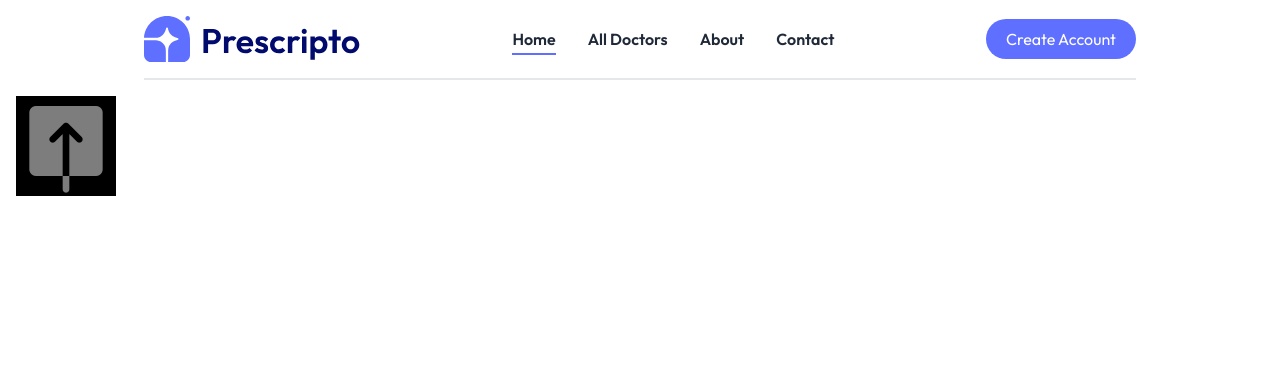
Repository: AzizHamdi99/Prescripto
Page: /profil (app in frontend/)
The author's editor kept a copy of each file at every save. The page is drawn from the files as they stood at one save, then again after the next save.
The browser window is 1280 px wide. The pictures show the whole page.
The page's requests for data from a server got no answer. The project was rebuilt for these pictures with package versions that can differ from the ones it lists, and the page was loaded fresh each time. No one was signed in, and anything a server would have sent is missing. Also part of the build but not shown: frontend/vite.config.js, frontend/src/components/Hero.jsx, frontend/src/components/Speciality.jsx, frontend/src/components/DoctorCard.jsx, frontend/src/components/TopDoctors.jsx, frontend/src/components/Banner.jsx, frontend/src/components/Footer.jsx, frontend/src/pages/Home.jsx and 7 more.

Above is the page before, as saved 2025-01-15 18:19:07.

### frontend/index.html
<!DOCTYPE html>
<html lang="en">
  <head>
    <meta charset="UTF-8" />
    <link rel="icon" type="image/svg+xml" href="/vite.svg" />
    <meta name="viewport" content="width=device-width, initial-scale=1.0" />
    <title>Prescripto</title>
  </head>
  <body>
    <div id="root"></div>
    <script type="module" src="/src/main.jsx"></script>
  </body>
</html>

### frontend/src/main.jsx
import { StrictMode } from "react";
import { createRoot } from "react-dom/client";
import App from "./App.jsx";
import "./index.css";
import { BrowserRouter } from "react-router-dom";
import AppContextProvider from "./context/AppContext.jsx";

createRoot(document.getElementById("root")).render(

  <BrowserRouter>
  <AppContextProvider>
    <App />
    </AppContextProvider>
  </BrowserRouter>
);

### frontend/src/App.jsx
import React from "react";
import { Route, Routes } from "react-router-dom";
import Home from "./pages/Home";
import About from "./pages/About";
import Doctors from "./pages/Doctors";
import Login from "./pages/Login";
import Contact from "./pages/Contact";
import Profile from "./pages/Profile";
import Appointments from "./pages/Appointments";
import Appointment from "./pages/Appointment";
import Navbar from "./components/Navbar";
import './App.css'
import Footer from "./components/Footer";
import Test from "./pages/Test";
import Testtime from "./pages/Testtime";
function App() {
  return (
    <div className="mx-4">
      <Navbar />
      <Routes>
        <Route path="/" element={<Home />} />
        <Route path="/about" element={<About />} />
        <Route path="/doctors" element={<Doctors />} />
        <Route path="/doctors/:speciality" element={<Doctors />} />
        <Route path="/login" element={<Login />} />
        <Route path="/contact" element={<Contact />} />
        <Route path="/profil" element={<Profile />} />
        <Route path="/appointments" element={<Appointments />} />
        <Route path="/appointment/:id" element={<Appointment />} />
        <Route path="/appointment/:id" element={<Appointment />} />
        <Route path="/test" element={<Test/>}/>
        <Route path="/testt" element={<Testtime/>}/>
      </Routes>


    </div>
  );
}

export default App;

### frontend/src/context/AppContext.jsx
import { createContext, useContext,useState,useEffect } from "react";
//import { doctors } from "../assets/assets_frontend/assets";
import axios from'axios'
export const AppContext=createContext(null)
const AppContextProvider=(props)=>{
    const [select, setselect] = useState("home");
    const [Speciality,SetSpeciality]=useState("All doctors");

    const [show,setShow]=useState(8);
    const [doctors,setdoctors]=useState([])
    const [token,setToken]=useState(false);
    const [login,setlogin]=useState(false);

    useEffect(()=>{
        const fetchData=async()=>{
            try{
                const response= await axios.get('http://localhost:3000/api/doctors/getAllDoctors')
                console.log(response.data)
                setdoctors(response.data);

            }catch(error){
                console.error('eroorr fetching daata',error)
            }


        }
        const loadUser=async()=>{
            if(localStorage.getItem("token")){
                setToken(localStorage.getItem("token"))
            }
        }
        fetchData()
        loadUser()
     },[])
    const value={
        doctors,setdoctors,
        select,setselect,Speciality,SetSpeciality,show,setShow,token,setToken,login,setlogin

    }


    return(
        <AppContext.Provider value={value}>
            {props.children}

        </AppContext.Provider>
    )
}
export default AppContextProvider

### frontend/src/pages/Profile.jsx
import axios from "axios";
import React, { useEffect,useState } from "react";
import { assets } from "../assets/assets_frontend/assets";

function Profile() {
  const [user, setUser] = useState({});
  const [loading, setLoading] = useState(true);
  const [error, setError] = useState(null);

  useEffect(()=>{
    const fetchUserProfile=async()=>{
      const token=localStorage.getItem("token")
      if(!token){
        setError('No token found. Please log in..!')
        setLoading(false)
        return

      }
      try{
        const respnse=await axios.get('http://localhost:3000/api/user/profile',
        {
          headers:{
          Authorization:`Bearer ${token}`

        }})
        //console.log(respnse)
        setUser(respnse.data.data)
        setLoading(false)

      }
      catch(error){
        console.error('Error fetching user data',error)
        setError("Failed fetching user data")
        setLoading(false)

      }


    }
    fetchUserProfile()


  },[])
  console.log(user)


  return(
    <div>
      <img src={assets.upload_icon} className="bg-black" alt="" />



    </div>
  )

}

export default Profile;

### frontend/src/components/Navbar.jsx
import React, { useContext, useState } from "react";
import "../index.css";
import { assets } from "../assets/assets_frontend/assets";
import { Link, NavLink, useNavigate } from "react-router-dom";
import { AppContext } from "../context/AppContext";
function Navbar() {
  //const [select, setselect] = useState("home");
  const{select,setselect,token,setToken}=useContext(AppContext)

  const navigate=useNavigate();
 const[login,setlogin]=useState(false)
  const image=()=>{
    navigate('/');
    setselect("home");

  }
  const logout=()=>{
    localStorage.removeItem("token");
    setToken("")
    navigate('/')
  }



  return (
    <div className="mx-32 flex my-4 items-center justify-between border-b-2 pb-4">
      <img onClick={image} src={assets.logo} alt="" className="cursor-pointer"  />
      <div className="grid gap-8 grid-flow-col text-l text-[#1F2937] font-semibold">
        <Link to="/"><span className={ select === "home" ? "border-b-2 border-[#5F6FFF] pb-1" : ""} onClick={()=>setselect("home")}>Home</span></Link>
       <Link to="/doctors"> <span  onClick={()=>setselect("doctors")} className={ select === "doctors" ? "border-b-2 border-[#5F6FFF] pb-2" : ""} >All Doctors</span></Link>
        <Link to="/about"><span  className={ select === "about" ? "border-b-2 border-[#5F6FFF] pb-1" : ""} onClick={()=>setselect("about")}>About</span></Link>
        <Link to="/contact"><span  className={ select === "contact" ? "border-b-2 border-[#5F6FFF] pb-1" : ""} onClick={()=>setselect("contact")}>Contact</span></Link>
      </div>
      {token? <div className="grid grid-flow-col gap-2 items-center group-relative ">
        <img src={assets.profile_pic} className="w-10 rounded-[50%] cursor-pointer" alt=""  onClick={()=>setlogin(!login)}/>
        <img src={assets.dropdown_icon} alt=""  />
          {login? <div className="absolute top-20 right-32 text-base font-medium p-4 text-gray-600 z-20 bg-[#F8F8F8] shadow-md">
          <div className="text-[18px] font-normal textt-[#4B5563] ">
            <p className="cursor-pointer" onClick={()=>navigate("/profil")}>My profil</p>
            <p className="cursor-pointer" onClick={()=>navigate("/appointments")}>My Appointments</p>
            <p onClick={()=>logout()} className="cursor-pointer">Logout</p>
          </div>

        </div> :<></> }


      </div>:
      <button onClick={()=>navigate('/login')}  className="px-5 py-2 bg-[#5F6FFF] rounded-3xl text-white">Create Account</button>}
    </div>
  );
}

export default Navbar;

### frontend/src/App.css
@import url('https://fonts.googleapis.com/css2?family=Outfit:wght@100..900&display=swap');
*{
    font-family: "Outfit", sans-serif;
}
.footer{
    display: flex;

    justify-content: space-between;



}
li{
    margin-top: 9px;
}

### frontend/src/pages/Testtime.jsx
import React, { useState, useEffect } from 'react';

const DaySelector = () => {

  return (
    hhhh
  );
};

export default DaySelector;

### frontend/src/assets/assets_frontend/assets.js
import appointment_img from './appointment_img.png'
import header_img from './header_img.png'
import group_profiles from './group_profiles.png'
import profile_pic from './profile_pic.png'
import contact_image from './contact_image.png'
import about_image from './about_image.png'
import logo from './logo.svg'
import dropdown_icon from './dropdown_icon.svg'
import dropup_icon from './arrow-drop-up.svg'
import menu_icon from './menu_icon.svg'
import cross_icon from './cross_icon.png'
import chats_icon from './chats_icon.svg'
import verified_icon from './verified_icon.svg'
import arrow_icon from './arrow_icon.svg'
import info_icon from './info_icon.svg'
import upload_icon from './upload_icon.png'
import stripe_logo from './stripe_logo.png'
import razorpay_logo from './razorpay_logo.png'
import doc1 from './doc1.png'
import doc2 from './doc2.png'
import doc3 from './doc3.png'
import doc4 from './doc4.png'
import doc5 from './doc5.png'
import doc6 from './doc6.png'
import doc7 from './doc7.png'
import doc8 from './doc8.png'
import doc9 from './doc9.png'
import doc10 from './doc10.png'
import doc11 from './doc11.png'
import doc12 from './doc12.png'
import doc13 from './doc13.png'
import doc14 from './doc14.png'
import doc15 from './doc15.png'
import Dermatologist from './Dermatologist.svg'
import Gastroenterologist from './Gastroenterologist.svg'
import General_physician from './General_physician.svg'
import Gynecologist from './Gynecologist.svg'
import Neurologist from './Neurologist.svg'
import Pediatricians from './Pediatricians.svg'


export const assets = {
    appointment_img,
    header_img,
    group_profiles,
    logo,
    chats_icon,
    verified_icon,
    info_icon,
    profile_pic,
    arrow_icon,
    contact_image,
    about_image,
    menu_icon,
    cross_icon,
    dropdown_icon,
    upload_icon,
    stripe_logo,
    razorpay_logo,
    dropup_icon
}

export const specialityData = [
    {
        speciality: 'General physician',
        image: General_physician
    },
    {
        speciality: 'Gynecologist',
        image: Gynecologist
    },
    {
        speciality: 'Dermatologist',
        image: Dermatologist
    },
    {
        speciality: 'Pediatricians',
        image: Pediatricians
    },
    {
        speciality: 'Neurologist',
        image: Neurologist
    },
    {
        speciality: 'Gastroenterologist',
        image: Gastroenterologist
    },
]

export const doctors = [
    {
        _id: 'doc1',
        name: 'Dr. Richard James',
        image: doc1,
        speciality: 'General physician',
        degree: 'MBBS',
        experience: '4 Years',
        about: 'Dr. Davis has a strong commitment to delivering comprehensive medical care, focusing on preventive medicine, early diagnosis, and effective treatment strategies. Dr. Davis has a strong commitment to delivering comprehensive medical care, focusing on preventive medicine, early diagnosis, and effective treatment strategies.',
        fees: 50,
        address: {
            line1: '17th Cross, Richmond',
            line2: 'Circle, Ring Road, London'
        }
    },
    {
        _id: 'doc2',
        name: 'Dr. Emily Larson',
        image: doc2,
        speciality: 'Gynecologist',
        degree: 'MBBS',
        experience: '3 Years',
        about: 'Dr. Davis has a strong commitment to delivering comprehensive medical care, focusing on preventive medicine, early diagnosis, and effective treatment strategies. Dr. Davis has a strong commitment to delivering comprehensive medical care, focusing on preventive medicine, early diagnosis, and effective treatment strategies.',
        fees: 60,
        address: {
            line1: '27th Cross, Richmond',
            line2: 'Circle, Ring Road, London'
        }
    },
    {
        _id: 'doc3',
        name: 'Dr. Sarah Patel',
        image: doc3,
        speciality: 'Dermatologist',
        degree: 'MBBS',
        experience: '1 Years',
        about: 'Dr. Davis has a strong commitment to delivering comprehensive medical care, focusing on preventive medicine, early diagnosis, and effective treatment strategies. Dr. Davis has a strong commitment to delivering comprehensive medical care, focusing on preventive medicine, early diagnosis, and effective treatment strategies.',
        fees: 30,
        address: {
            line1: '37th Cross, Richmond',
            line2: 'Circle, Ring Road, London'
        }
    },
    {
        _id: 'doc4',
        name: 'Dr. Christopher Lee',
        image: doc4,
        speciality: 'Pediatricians',
        degree: 'MBBS',
        experience: '2 Years',
        about: 'Dr. Davis has a strong commitment to delivering comprehensive medical care, focusing on preventive medicine, early diagnosis, and effective treatment strategies. Dr. Davis has a strong commitment to delivering comprehensive medical care, focusing on preventive medicine, early diagnosis, and effective treatment strategies.',
        fees: 40,
        address: {
            line1: '47th Cross, Richmond',
            line2: 'Circle, Ring Road, London'
        }
    },
    {
        _id: 'doc5',
        name: 'Dr. Jennifer Garcia',
        image: doc5,
        speciality: 'Neurologist',
        degree: 'MBBS',
        experience: '4 Years',
        about: 'Dr. Davis has a strong commitment to delivering comprehensive medical care, focusing on preventive medicine, early diagnosis, and effective treatment strategies. Dr. Davis has a strong commitment to delivering comprehensive medical care, focusing on preventive medicine, early diagnosis, and effective treatment strategies.',
        fees: 50,
        address: {
            line1: '57th Cross, Richmond',
            line2: 'Circle, Ring Road, London'
        }
    },
    {
        _id: 'doc6',
        name: 'Dr. Andrew Williams',
        image: doc6,
        speciality: 'Neurologist',
        degree: 'MBBS',
        experience: '4 Years',
        about: 'Dr. Davis has a strong commitment to delivering comprehensive medical care, focusing on preventive medicine, early diagnosis, and effective treatment strategies. Dr. Davis has a strong commitment to delivering comprehensive medical care, focusing on preventive medicine, early diagnosis, and effective treatment strategies.',
        fees: 50,
        address: {
            line1: '57th Cross, Richmond',
            line2: 'Circle, Ring Road, London'
        }
    },
    {
        _id: 'doc7',
        name: 'Dr. Christopher Davis',
        image: doc7,
        speciality: 'General physician',
        degree: 'MBBS',
        experience: '4 Years',
        about: 'Dr. Davis has a strong commitment to delivering comprehensive medical care, focusing on preventive medicine, early diagnosis, and effective treatment strategies. Dr. Davis has a strong commitment to delivering comprehensive medical care, focusing on preventive medicine, early diagnosis, and effective treatment strategies.',
        fees: 50,
        address: {
            line1: '17th Cross, Richmond',
            line2: 'Circle, Ring Road, London'
        }
    },
    {
        _id: 'doc8',
        name: 'Dr. Timothy White',
        image: doc8,
        speciality: 'Gynecologist',
        degree: 'MBBS',
        experience: '3 Years',
        about: 'Dr. Davis has a strong commitment to delivering comprehensive medical care, focusing on preventive medicine, early diagnosis, and effective treatment strategies. Dr. Davis has a strong commitment to delivering comprehensive medical care, focusing on preventive medicine, early diagnosis, and effective treatment strategies.',
        fees: 60,
        address: {
            line1: '27th Cross, Richmond',
            line2: 'Circle, Ring Road, London'
        }
    },
    {
        _id: 'doc9',
        name: 'Dr. Ava Mitchell',
        image: doc9,
        speciality: 'Dermatologist',
        degree: 'MBBS',
        experience: '1 Years',
        about: 'Dr. Davis has a strong commitment to delivering comprehensive medical care, focusing on preventive medicine, early diagnosis, and effective treatment strategies. Dr. Davis has a strong commitment to delivering comprehensive medical care, focusing on preventive medicine, early diagnosis, and effective treatment strategies.',
        fees: 30,
        address: {
            line1: '37th Cross, Richmond',
            line2: 'Circle, Ring Road, London'
        }
    },
    {
        _id: 'doc10',
        name: 'Dr. Jeffrey King',
        image: doc10,
        speciality: 'Pediatricians',
        degree: 'MBBS',
        experience: '2 Years',
        about: 'Dr. Davis has a strong commitment to delivering comprehensive medical care, focusing on preventive medicine, early diagnosis, and effective treatment strategies. Dr. Davis has a strong commitment to delivering comprehensive medical care, focusing on preventive medicine, early diagnosis, and effective treatment strategies.',
        fees: 40,
        address: {
            line1: '47th Cross, Richmond',
            line2: 'Circle, Ring Road, London'
        }
    },
    {
        _id: 'doc11',
        name: 'Dr. Zoe Kelly',
        image: doc11,
        speciality: 'Neurologist',
        degree: 'MBBS',
        experience: '4 Years',
        about: 'Dr. Davis has a strong commitment to delivering comprehensive medical care, focusing on preventive medicine, early diagnosis, and effective treatment strategies. Dr. Davis has a strong commitment to delivering comprehensive medical care, focusing on preventive medicine, early diagnosis, and effective treatment strategies.',
        fees: 50,
        address: {
            line1: '57th Cross, Richmond',
            line2: 'Circle, Ring Road, London'
        }
    },
    {
        _id: 'doc12',
        name: 'Dr. Patrick Harris',
        image: doc12,
        speciality: 'Neurologist',
        degree: 'MBBS',
        experience: '4 Years',
        about: 'Dr. Davis has a strong commitment to delivering comprehensive medical care, focusing on preventive medicine, early diagnosis, and effective treatment strategies. Dr. Davis has a strong commitment to delivering comprehensive medical care, focusing on preventive medicine, early diagnosis, and effective treatment strategies.',
        fees: 50,
        address: {
            line1: '57th Cross, Richmond',
            line2: 'Circle, Ring Road, London'
        }
    },
    {
        _id: 'doc13',
        name: 'Dr. Chloe Evans',
        image: doc13,
        speciality: 'General physician',
        degree: 'MBBS',
        experience: '4 Years',
        about: 'Dr. Davis has a strong commitment to delivering comprehensive medical care, focusing on preventive medicine, early diagnosis, and effective treatment strategies. Dr. Davis has a strong commitment to delivering comprehensive medical care, focusing on preventive medicine, early diagnosis, and effective treatment strategies.',
        fees: 50,
        address: {
            line1: '17th Cross, Richmond',
            line2: 'Circle, Ring Road, London'
        }
    },
    {
        _id: 'doc14',
        name: 'Dr. Ryan Martinez',
        image: doc14,
        speciality: 'Gynecologist',
        degree: 'MBBS',
        experience: '3 Years',
        about: 'Dr. Davis has a strong commitment to delivering comprehensive medical care, focusing on preventive medicine, early diagnosis, and effective treatment strategies. Dr. Davis has a strong commitment to delivering comprehensive medical care, focusing on preventive medicine, early diagnosis, and effective treatment strategies.',
        fees: 60,
        address: {
            line1: '27th Cross, Richmond',
            line2: 'Circle, Ring Road, London'
        }
    },
    {
        _id: 'doc15',
        name: 'Dr. Amelia Hill',
        image: doc15,
        speciality: 'Dermatologist',
        degree: 'MBBS',
        experience: '1 Years',
        about: 'Dr. Davis has a strong commitment to delivering comprehensive medical care, focusing on preventive medicine, early diagnosis, and effective treatment strategies. Dr. Davis has a strong commitment to delivering comprehensive medical care, focusing on preventive medicine, early diagnosis, and effective treatment strategies.',
        fees: 30,
        address: {
            line1: '37th Cross, Richmond',
            line2: 'Circle, Ring Road, London'
        }
    },
]

Loaded but not shown: frontend/src/index.css (common file); frontend/tailwind.config.js (common file)

After the next save:
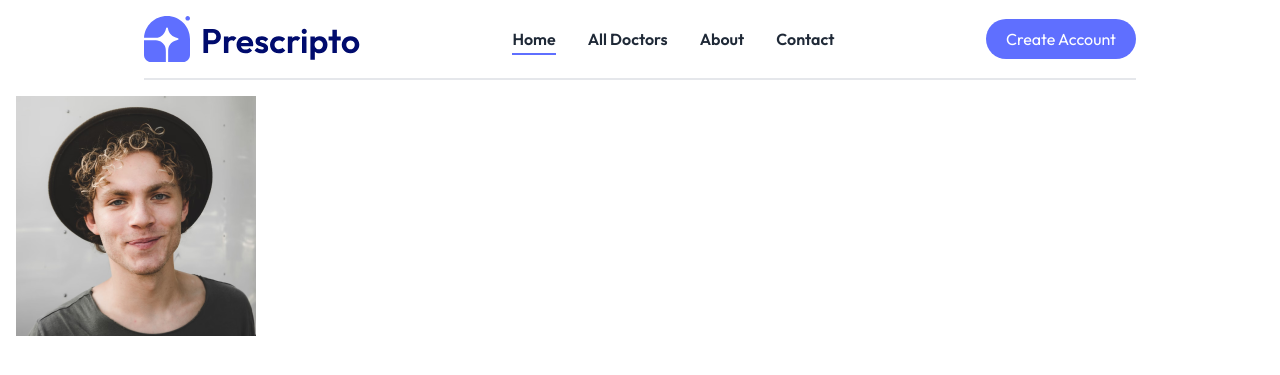
Saved 15 s later.
--- a/frontend/src/pages/Profile.jsx
+++ b/frontend/src/pages/Profile.jsx
@@ -46,7 +46,7 @@
 
   return(
     <div>
-      <img src={assets.upload_icon} className="bg-black" alt="" />
+      <img src={assets.profile_pic} className="bg-black" alt="" />
 
 
 
